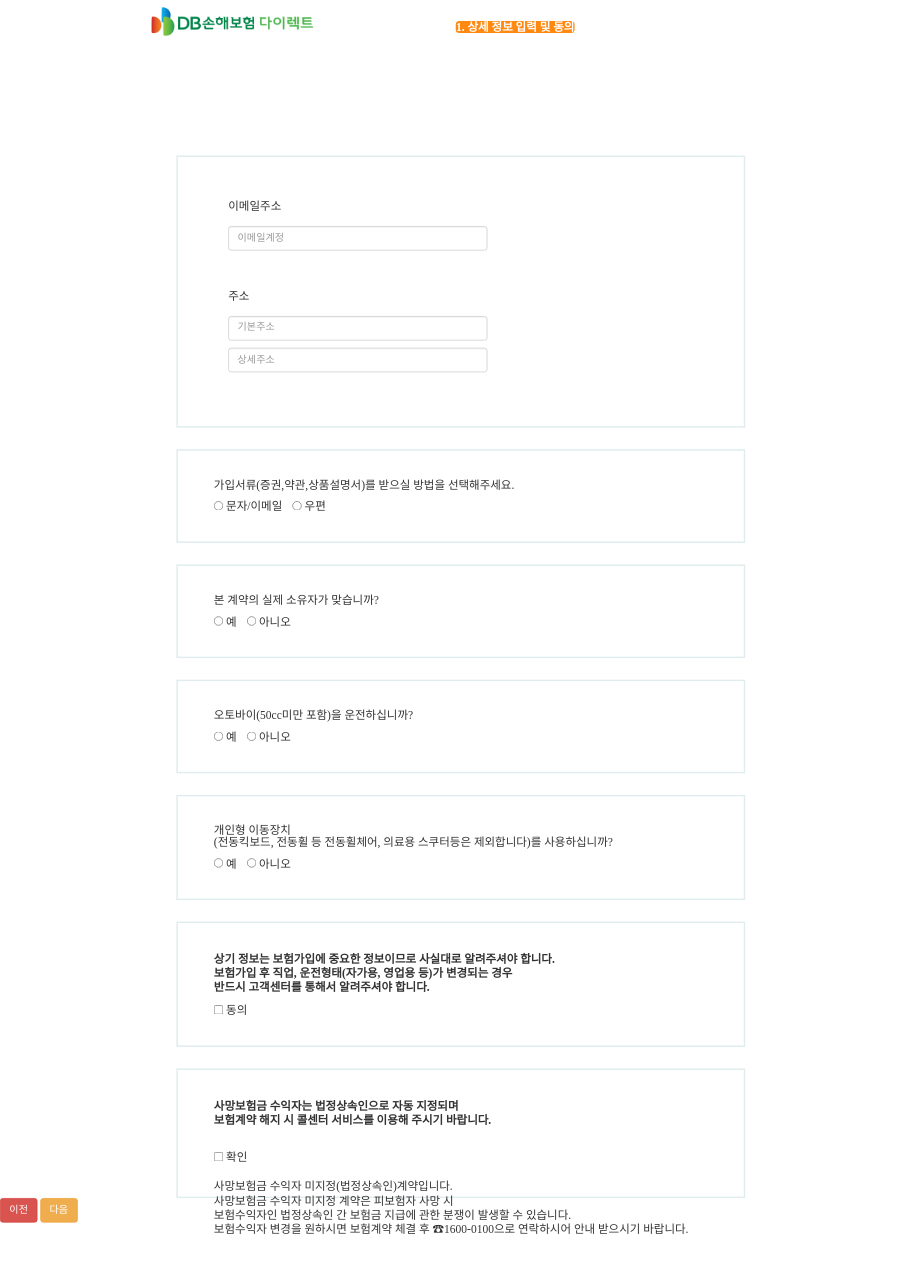
Repository: minho0324/directInsurance
Page: http://localhost/directClone/direct/details1
The author's editor kept a copy of each file at every save. The page is drawn from the files as they stood at one save, then again after the next save.
The browser window is 1280 px wide. The pictures show the whole page, at 72% of full size.
The page is served by Tomcat 9.

Above is the page before, as saved 2021-11-18 06:24:24.

After the next save:
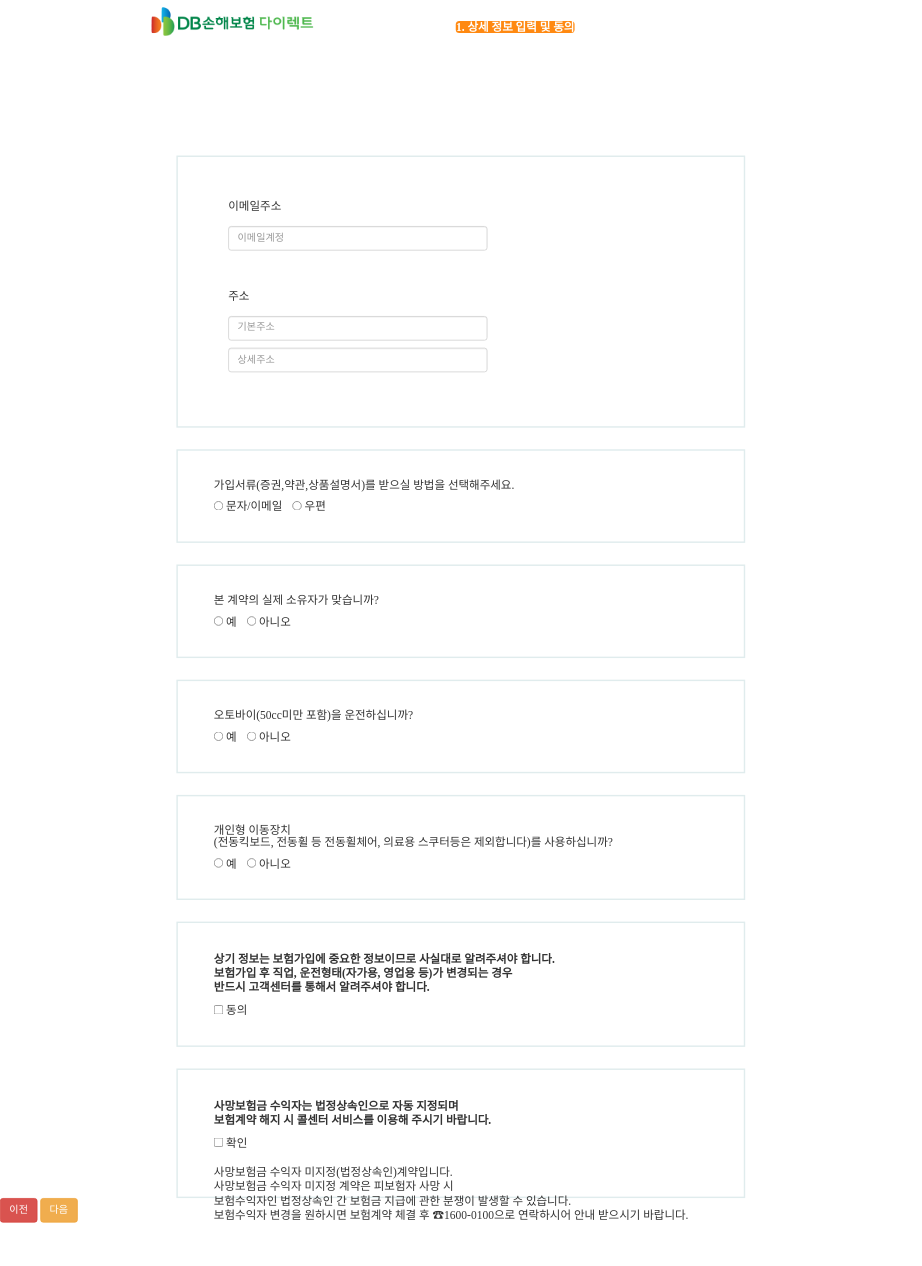
Saved 4 s later.
--- a/directClone/src/main/webapp/WEB-INF/views/details1.jsp
+++ b/directClone/src/main/webapp/WEB-INF/views/details1.jsp
@@ -239,9 +239,6 @@
 		padding: 20px 0;
 	}
 
-	.finalagree_detail h3 {
-		height: 60px;
-	}
 
 
 </style>
